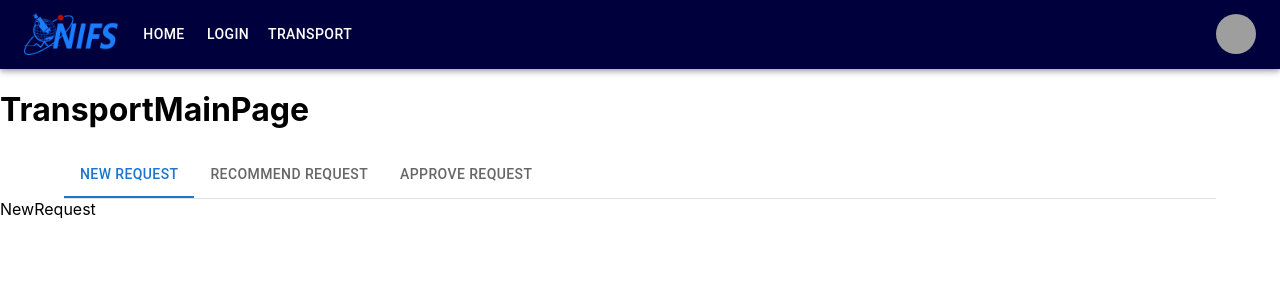
Repository: Ravindu97/NIFS_WebApplication
Page: /transport (app in client/)
The author's editor kept a copy of each file at every save. The page is drawn from the files as they stood at one save, then again after the next save.
The browser window is 1280 px wide. The pictures show the whole page.
Pictures or frames that could not be fetched are drawn as grey boxes. The project was rebuilt for these pictures with package versions that can differ from the ones it lists, and the page was loaded fresh each time. Also part of the build but not shown: client/src/pages/Home.js, client/src/pages/Login.js, client/src/components/Transport/RecommendedRequest.js, client/src/components/Transport/ApproveRequest.js.

Above is the page before, as saved 2022-06-30 20:48:35.

### client/src/index.css
body {
  margin: 0;
  font-family: -apple-system, BlinkMacSystemFont, 'Segoe UI', 'Roboto', 'Oxygen',
    'Ubuntu', 'Cantarell', 'Fira Sans', 'Droid Sans', 'Helvetica Neue',
    sans-serif;
  -webkit-font-smoothing: antialiased;
  -moz-osx-font-smoothing: grayscale;
}

:root{
  --main-navbar-back: #00003c;

}


.nav-logo{
  width: 100px;
  height: auto;
}

.main-navbar{
  background-color: var(--main-navbar-back) !important;
}

.secondary-navbar{
  margin: auto;
}

.body-content{
  margin: auto;
  width: 90%
}

### client/src/App.js
import * as React from 'react';
import { BrowserRouter as Router, Route, Routes } from 'react-router-dom';
import Navbar from './components/shared/Navbar';
import Home from './pages/Home';
import Login from './pages/Login';
import TransportMainPage from './pages/TransportMainPage';

function App() {
	return (
		<div>
			<Router>
				<Navbar />
				<Routes>
					<Route exact path="/" element={<Home />} />
					<Route exact path="/login" element={<Login />} />
					<Route exact path="/transport/*" element={<TransportMainPage />} />
				</Routes>
			</Router>
		</div>
	);
}

export default App;

### client/src/components/shared/Navbar.js
import * as React from 'react';
import AppBar from '@mui/material/AppBar';
import Box from '@mui/material/Box';
import Toolbar from '@mui/material/Toolbar';
import IconButton from '@mui/material/IconButton';
import Typography from '@mui/material/Typography';
import Menu from '@mui/material/Menu';
import MenuIcon from '@mui/icons-material/Menu';
import Container from '@mui/material/Container';
import Avatar from '@mui/material/Avatar';
import Button from '@mui/material/Button';
import Tooltip from '@mui/material/Tooltip';
import MenuItem from '@mui/material/MenuItem';
import { Link } from 'react-router-dom';
import Logo from '../../images/nifs_logo.png';

const Navbar = () => {
	const pages = [
		{
			id: 0,
			title: 'Home',
			link: '/',
		},
		{
			id: 1,
			title: 'Login',
			link: '/login',
		},
		{
			id: 2,
			title: 'Transport',
			link: '/transport',
		},
	];

	const settings = [
		{
			id: 0,
			title: 'Home',
			link: '/',
		},
		{
			id: 1,
			title: 'Login',
			link: '/login',
		},
		{
			id: 2,
			title: 'Transport',
			link: '/transport',
		},
	];

	const [anchorElNav, setAnchorElNav] = React.useState(null);
	const [anchorElUser, setAnchorElUser] = React.useState(null);

	const handleOpenNavMenu = (event) => {
		setAnchorElNav(event.currentTarget);
	};
	const handleOpenUserMenu = (event) => {
		setAnchorElUser(event.currentTarget);
	};

	const handleCloseNavMenu = () => {
		setAnchorElNav(null);
	};

	const handleCloseUserMenu = () => {
		setAnchorElUser(null);
	};

	return (
		<AppBar position="static" className="main-navbar">
			<Container maxWidth="xl">
				<Toolbar disableGutters>
					{/* <AdbIcon sx={{ display: { xs: 'none', md: 'flex' }, mr: 1 }} /> */}
					<Box sx={{ display: { xs: 'none', md: 'flex' }, mr: 1 }}>
						<img src={Logo} alt="logo" className="nav-logo" />
					</Box>

					<Box sx={{ flexGrow: 1, display: { xs: 'flex', md: 'none' } }}>
						<IconButton
							size="large"
							aria-label="account of current user"
							aria-controls="menu-appbar"
							aria-haspopup="true"
							onClick={handleOpenNavMenu}
							color="inherit"
						>
							<MenuIcon />
						</IconButton>
						<Menu
							id="menu-appbar"
							anchorEl={anchorElNav}
							anchorOrigin={{
								vertical: 'bottom',
								horizontal: 'left',
							}}
							keepMounted
							transformOrigin={{
								vertical: 'top',
								horizontal: 'left',
							}}
							open={Boolean(anchorElNav)}
							onClose={handleCloseNavMenu}
							sx={{
								display: { xs: 'block', md: 'none' },
							}}
						>
							{pages &&
								pages.map((page) => (
									<MenuItem key={page.id} onClick={handleCloseNavMenu}>
										<Link to={page.link} style={{ textDecoration: 'none' }}>
											<Typography textAlign="center">{page.title}</Typography>
										</Link>
									</MenuItem>
								))}
						</Menu>
					</Box>

					<Box
						sx={{
							mr: 2,
							display: { xs: 'flex', md: 'none' },
							flexGrow: 1,
						}}
					>
						<img src={Logo} alt="logo" className="nav-logo" />
					</Box>

					<Box sx={{ flexGrow: 1, display: { xs: 'none', md: 'flex' } }}>
						{pages &&
							pages.map((page) => (
								<Link to={page.link} style={{ textDecoration: 'none' }}>
									<Button
										key={page.id}
										onClick={handleCloseNavMenu}
										sx={{ my: 2, color: 'white', display: 'block' }}
									>
										{page.title}
									</Button>
								</Link>
							))}
					</Box>

					<Box sx={{ flexGrow: 0 }}>
						<Tooltip title="Open settings">
							<IconButton onClick={handleOpenUserMenu} sx={{ p: 0 }}>
								<Avatar
									alt="Remy Sharp"
									src="https://images.unsplash.com/photo-1566753323558-f4e0952af115?ixlib=rb-1.2.1&ixid=MnwxMjA3fDB8MHxzZWFyY2h8MXx8bWFsZXxlbnwwfHwwfHw%3D&w=1000&q=80"
								/>
							</IconButton>
						</Tooltip>
						<Menu
							sx={{ mt: '45px' }}
							id="menu-appbar"
							anchorEl={anchorElUser}
							anchorOrigin={{
								vertical: 'top',
								horizontal: 'right',
							}}
							keepMounted
							transformOrigin={{
								vertical: 'top',
								horizontal: 'right',
							}}
							open={Boolean(anchorElUser)}
							onClose={handleCloseUserMenu}
						>
							{settings.map((setting) => (
								<MenuItem key={setting.id} onClick={handleCloseUserMenu}>
									<Typography textAlign="center">{setting.title}</Typography>
								</MenuItem>
							))}
						</Menu>
					</Box>
				</Toolbar>
			</Container>
		</AppBar>
	);
};
export default Navbar;

### client/src/pages/TransportMainPage.js
import React from 'react';

import TransportNavbar from '../components/Transport/shared/TransportNavbar';
import { Route, Routes } from 'react-router-dom';
import NewRequest from '../components/Transport/NewRequest';
import RecommendedRequest from '../components/Transport/RecommendedRequest';
import ApproveRequest from '../components/Transport/ApproveRequest';

function TransportMainPage() {
	return (
		<div>
			<h1>TransportMainPage</h1>
			<TransportNavbar />
			<Routes className="body-content">
				<Route exact path="/" element={<NewRequest />} />
				<Route exact path="/recommend" element={<RecommendedRequest />} />
				<Route exact path="/approve" element={<ApproveRequest />} />
			</Routes>
		</div>
	);
}

export default TransportMainPage;

### client/src/components/Transport/shared/TransportNavbar.js
import * as React from 'react';
import Tabs from '@mui/material/Tabs';
import Tab from '@mui/material/Tab';
import Box from '@mui/material/Box';
import { Link, useLocation } from 'react-router-dom';

export default function TransportNavbar() {
	const location = useLocation();
	console.log(location);
	const pages = [
		{
			id: 0,
			title: 'New Request',
			link: '/transport',
		},
		{
			id: 1,
			title: 'Recommend Request',
			link: '/transport/recommend',
		},
		{
			id: 2,
			title: 'Approve Request',
			link: '/transport/approve',
		},
	];

	return (
		<Box sx={{ width: '90%' }} className="secondary-navbar">
			<Box sx={{ borderBottom: 1, borderColor: 'divider' }}>
				<Tabs value={location.pathname}>
					{pages &&
						pages.map((page) => (
							<Tab
								key={page.id}
								label={page.title}
								value={page.link}
								component={Link}
								to={page.link}
							/>
						))}
				</Tabs>
			</Box>
		</Box>
	);
}

### client/src/components/Transport/NewRequest.js
import React from 'react';

function NewRequest() {
	return <div>NewRequest</div>;
}

export default NewRequest;

Loaded but not shown: client/src/index.js (common file); client/src/reportWebVitals.js (common file)

After the next save:
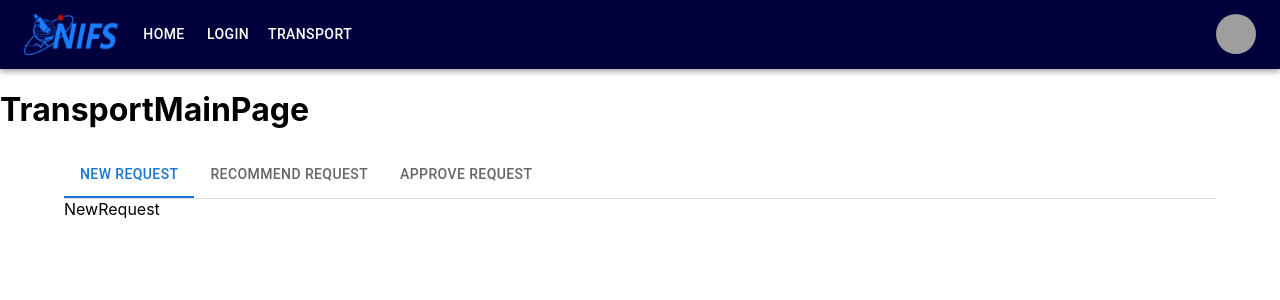
Saved 32 s later.
--- a/client/src/pages/TransportMainPage.js
+++ b/client/src/pages/TransportMainPage.js
@@ -11,11 +11,13 @@ function TransportMainPage() {
 		<div>
 			<h1>TransportMainPage</h1>
 			<TransportNavbar />
-			<Routes className="body-content">
-				<Route exact path="/" element={<NewRequest />} />
-				<Route exact path="/recommend" element={<RecommendedRequest />} />
-				<Route exact path="/approve" element={<ApproveRequest />} />
-			</Routes>
+			<div className="body-content">
+				<Routes>
+					<Route exact path="/" element={<NewRequest />} />
+					<Route exact path="/recommend" element={<RecommendedRequest />} />
+					<Route exact path="/approve" element={<ApproveRequest />} />
+				</Routes>
+			</div>
 		</div>
 	);
 }
